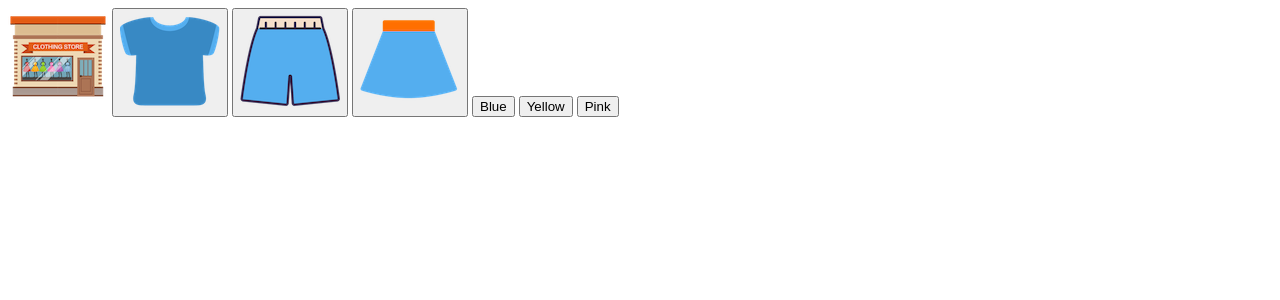
Repository: GoodHoneyCake/Dream_Coding_Academy1
Page: index.html
An editor plug-in stored every save of this project. The page is shown before and after the next save, followed by the edit.
The browser window is 1280 px wide. The pictures show the whole page.

Above is the page before, as saved 2021-01-06 15:57:37.

After the next save:
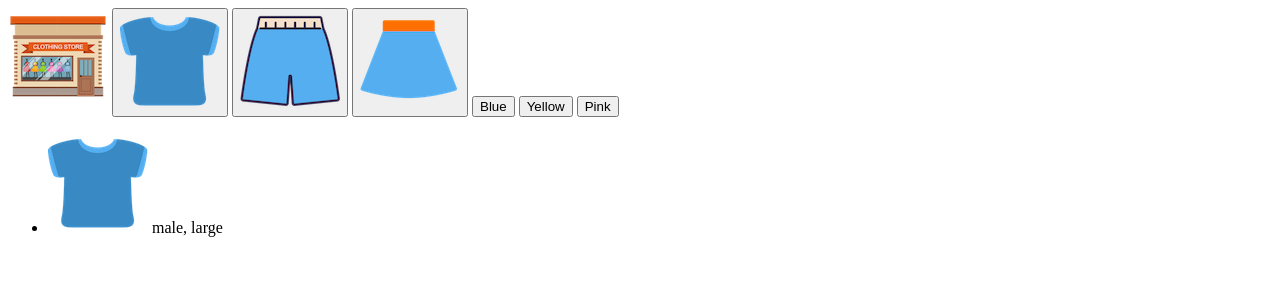
Saved 80 s later.
--- a/index.html
+++ b/index.html
@@ -24,5 +24,11 @@
     <button class="btn colorBtn yellow">Yellow</button>
     <button class="btn colorBtn pink">Pink</button>
     <!-- Items -->
+    <ul class="items">
+      <li class="item">
+        <img src="img/blue_t.png" alt="tshirt" class="item_thumbnail" />
+        <span class="item__description">male, large</span>
+      </li>
+    </ul>
   </body>
 </html>
